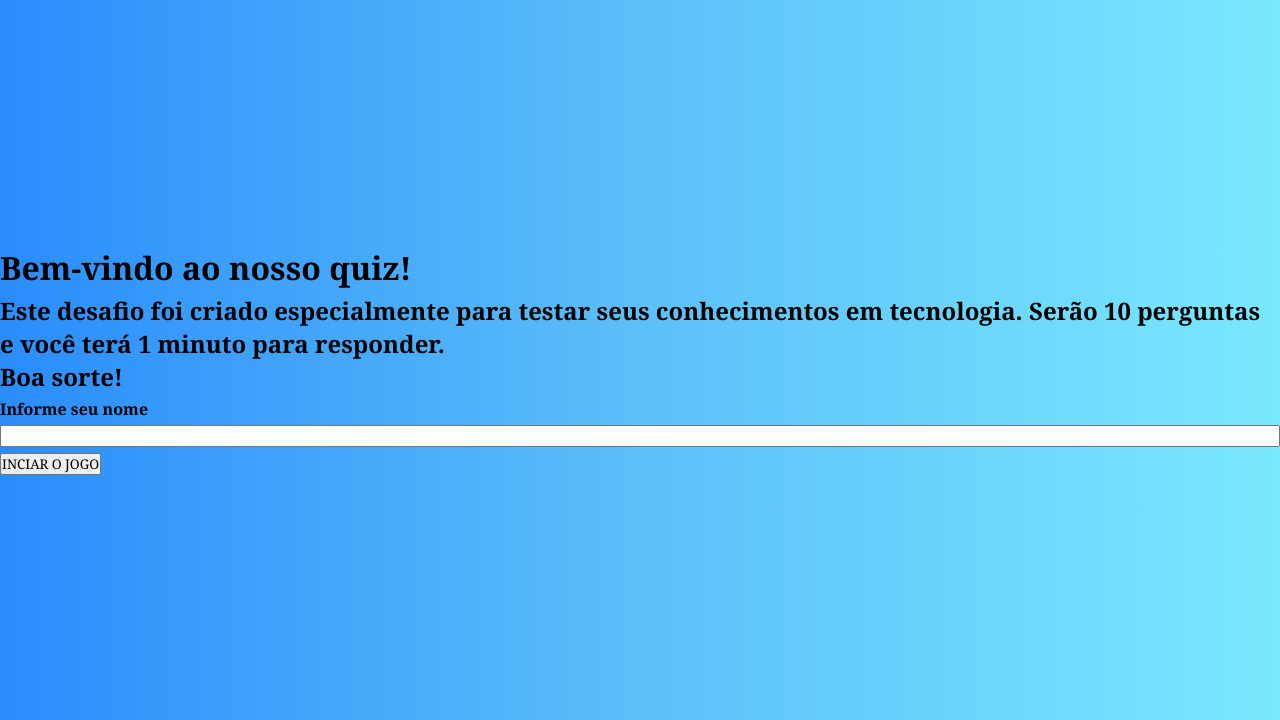
Repository: LaisSilvaO/Projeto-Quizz
Page: telas/apresentação.html
An editor plug-in stored every save of this project. The page is shown before and after the next save, followed by the edit.
The browser window is 1280 px wide. The pictures show the whole page.

Above is the page before, as saved 2024-12-24 13:52:25.

After the next save:
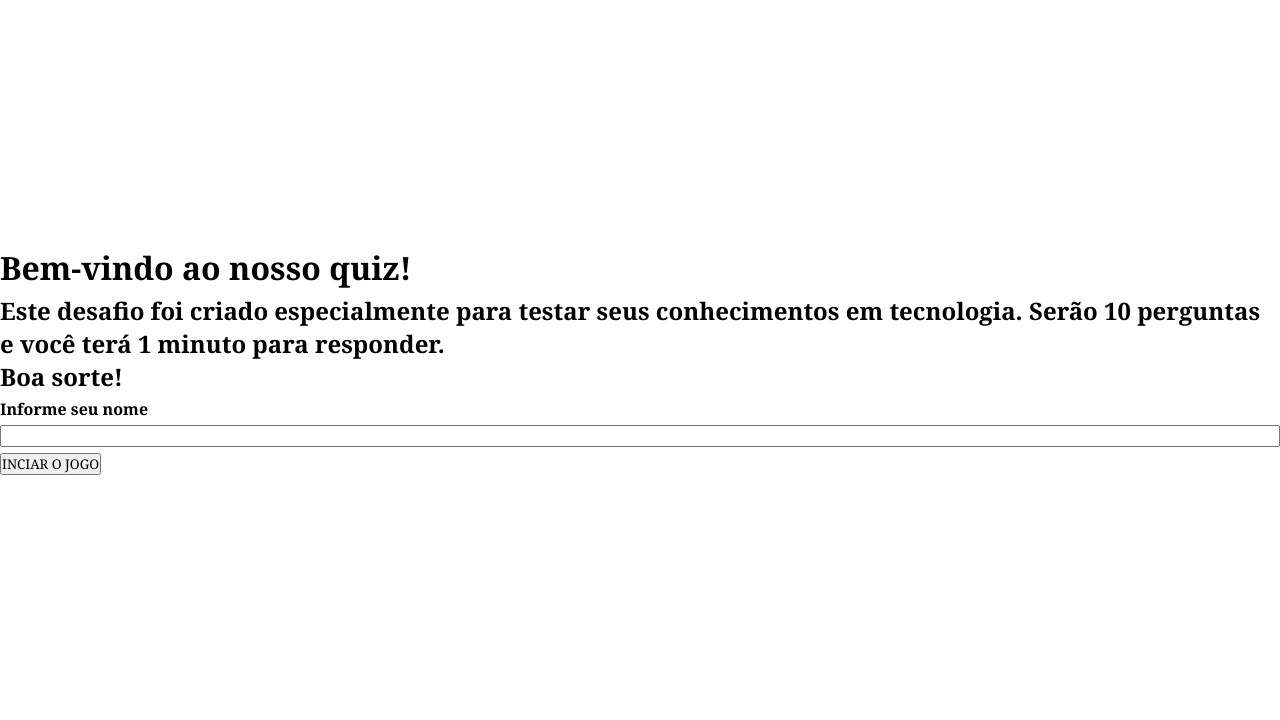
Saved 3 min 2 s later.
--- a/img/tela.css
+++ b/img/tela.css
@@ -10,6 +10,6 @@ body{
   justify-content: center;
   flex-direction: column;
   gap: 5px;
-  background: linear-gradient(90deg, rgba(19, 128, 252, 0.9) 0%, rgba(80, 187, 248, 0.932) , rgba(103, 230, 255, 0.877)100%);
+  background: linear-gradient(angle, rgba(19, 128, 252, 0.9) 0%, rgba(80, 187, 248, 0.932) , rgba(103, 230, 255, 0.932)100%);
 
 }

After the save that followed:
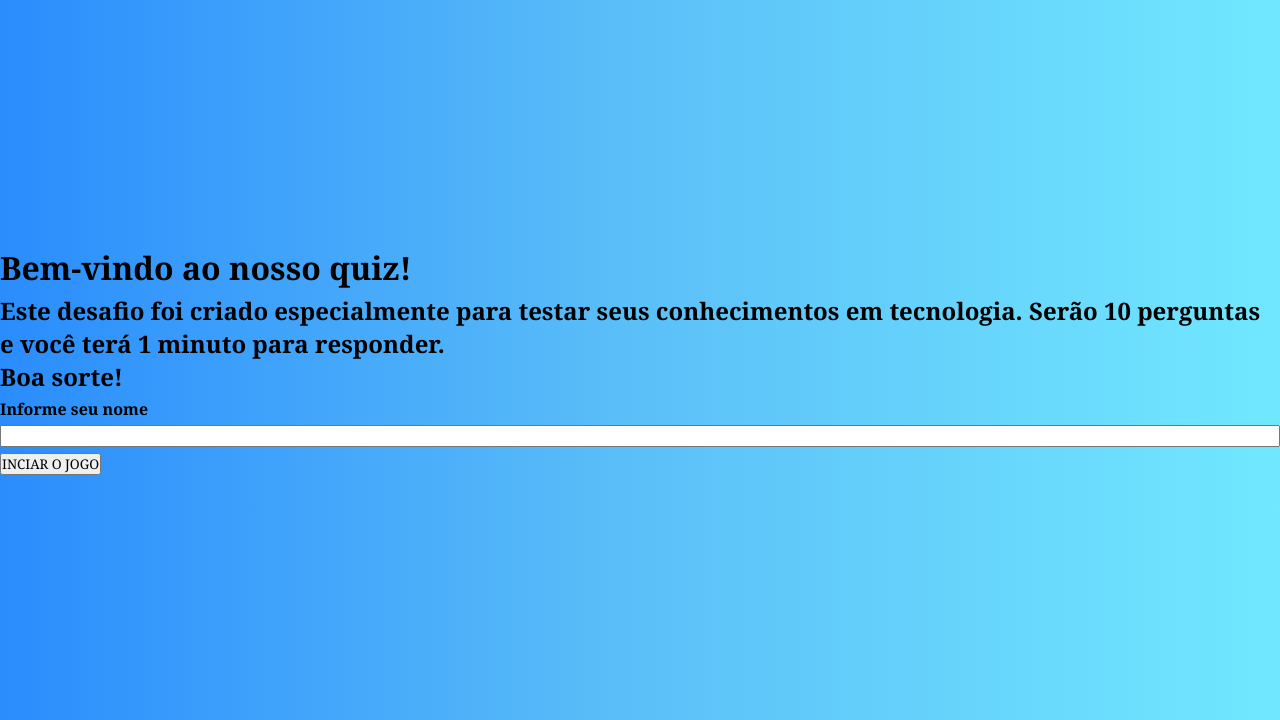
Saved 5 min 11 s later.
--- a/img/tela.css
+++ b/img/tela.css
@@ -10,6 +10,6 @@ body{
   justify-content: center;
   flex-direction: column;
   gap: 5px;
-  background: linear-gradient(angle, rgba(19, 128, 252, 0.9) 0%, rgba(80, 187, 248, 0.932) , rgba(103, 230, 255, 0.932)100%);
+  background: linear-gradient(90deg, rgba(19, 128, 252, 0.9) 0%, rgba(80, 187, 248, 0.932) , rgba(103, 230, 255, 0.932)100%);
 
 }
